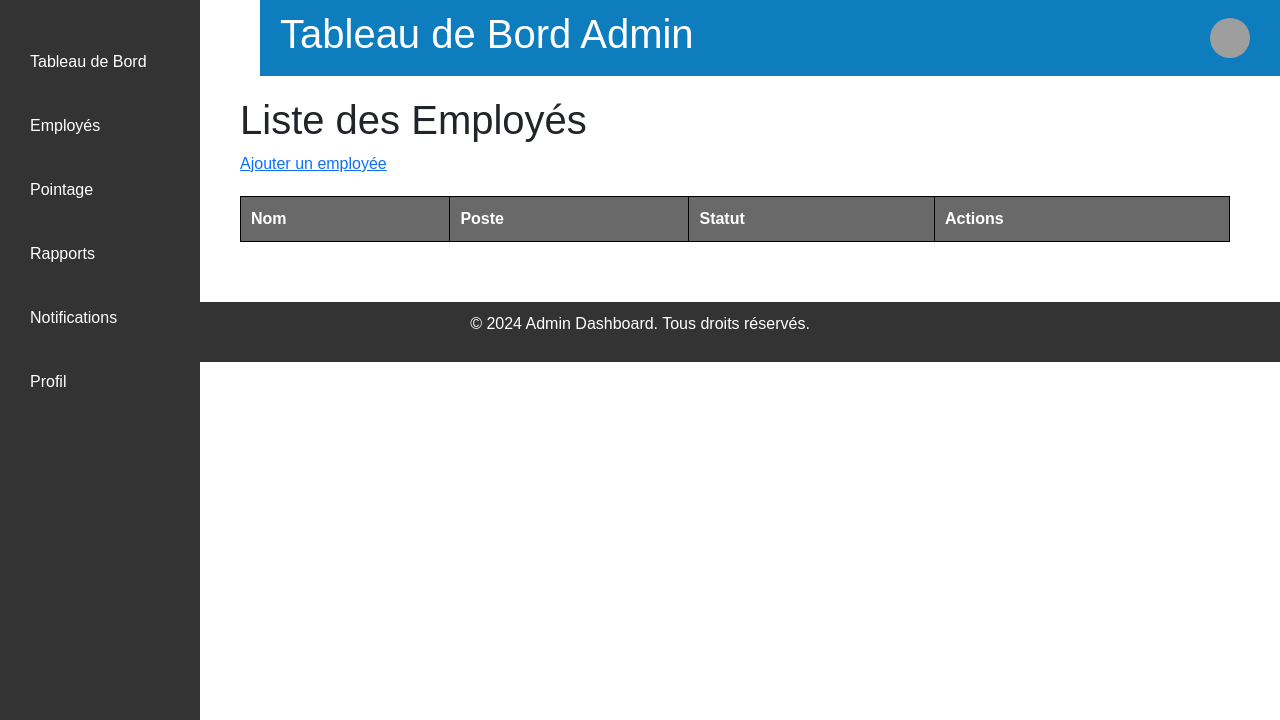
Repository: safa39652/projet-de-developpement-
Page: templates/employe/index.html.twig
An editor plug-in stored every save of this project. The page is shown before and after the next save, followed by the edit.
The browser window is 1280 px wide. The pictures show the whole page.
Pictures or frames that could not be fetched are drawn as grey boxes. Some web libraries are served in a nearby version. The page is a Twig template of a Symfony application; nobody is signed in and links lead nowhere. The template is opened directly, without the code that normally fills it, so the values that code supplies are empty.

Above is the page before, as saved 2024-11-20 18:53:23.

After the next save:
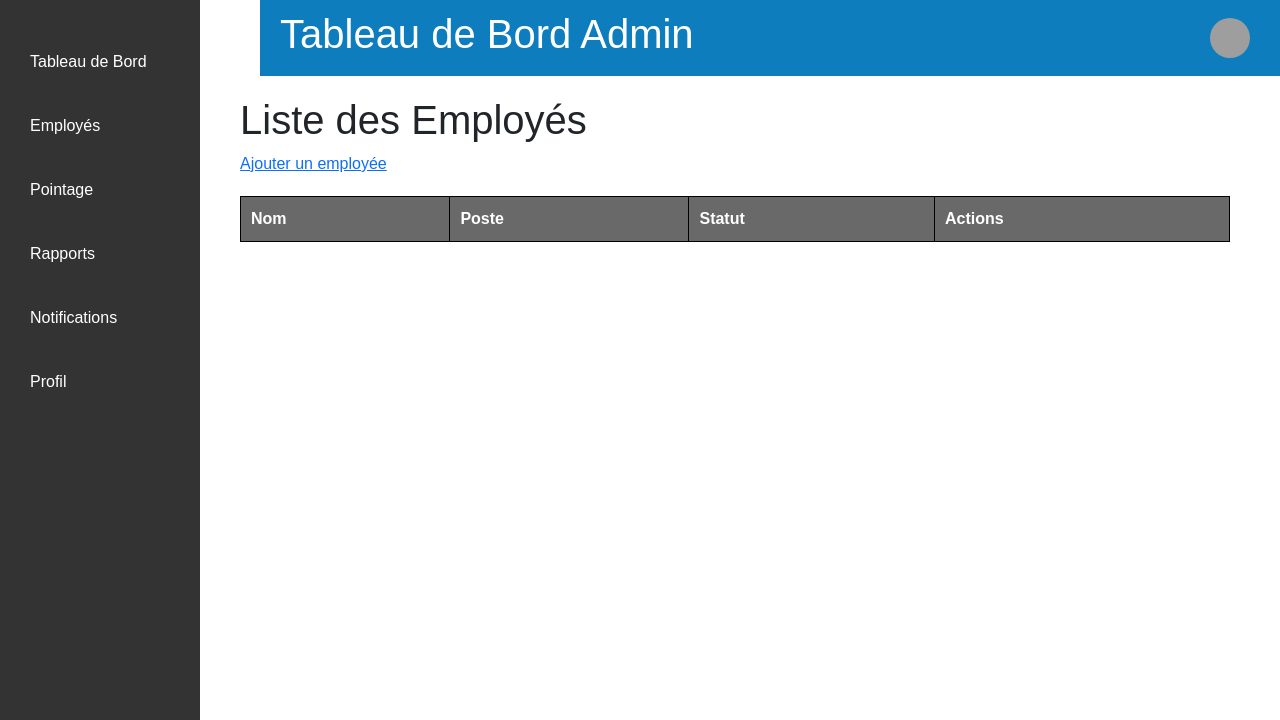
Saved 2 min 31 s later.
--- a/templates/base.html.twig
+++ b/templates/base.html.twig
@@ -137,8 +137,6 @@
     <main>
       {% block body %}{% endblock %}
     </main>
-    <footer>
-      <p>&copy; 2024 Admin Dashboard. Tous droits réservés.</p>
-    </footer>
+
   </body>
 </html>
